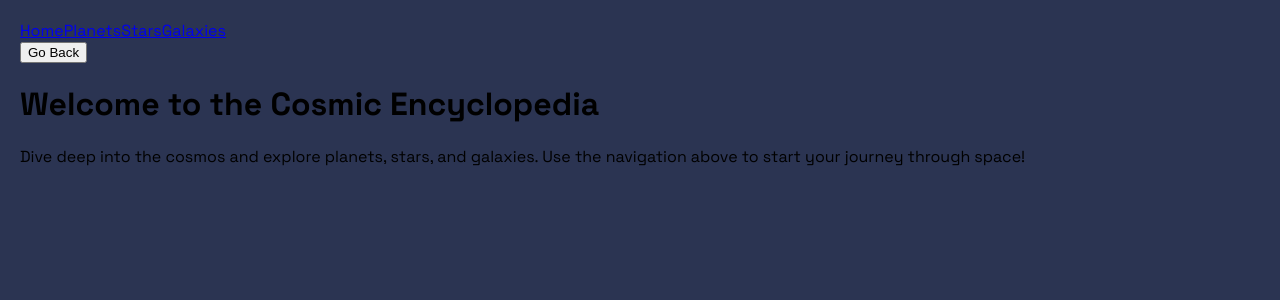
Repository: rmdayberry/Cosmic-Encyclopedia
Page: /
An editor plug-in stored every save of this project. The page is shown before and after the next save, followed by the edit.
The browser window is 1280 px wide. The pictures show the whole page.
The project was rebuilt for these pictures with package versions that can differ from the ones it lists, and the page was loaded fresh each time. Also part of the build but not shown: vite.config.js, src/data/celestialData.js, src/pages/ContentPage.jsx.

Above is the page before, as saved 2024-08-31 10:20:03.

### index.html
<!DOCTYPE html>
<html lang="en">
  <head>
    <meta charset="UTF-8" />
    <meta name="viewport" content="width=device-width, initial-scale=1.0" />
    <title>Cosmic Encyclopedia</title>
  </head>
  <body>
    <div id="root"></div>
    <script type="module" src="/src/main.jsx"></script>
  </body>
</html>

### src/App.jsx
import { BrowserRouter as Router, Routes, Route } from "react-router-dom";
import NavBar from "./NavBar";
import NavigateBackButton from "./NavigateBackButton";

//pages
import Homepage from "./pages/Homepage";
import ContentPage from "./pages/ContentPage";

function App() {
  return (
    <Router>
      <NavBar />
      <NavigateBackButton />
      <Routes>
        <Route path="/" element={<Homepage />} />
        <Route path="/:id" element={<ContentPage />} />
      </Routes>
    </Router>
  );
}

export default App;

### src/index.css
@import url("https://fonts.googleapis.com/css2?family=Space+Grotesk:wght@300..700&display=swap");

body {
  margin: 0;
  padding: 20px;
  font-family: "Space Grotesk";
  background-color: #2b3452;
}

### src/NavBar.js
import { Link } from "react-router-dom";

export default function NavBar() {
  return (
    <nav>
      <Link to="/">Home</Link>
      <Link to="/planets">Planets</Link>
      <Link to="/stars">Stars</Link>
      <Link to="/galaxies">Galaxies</Link>
    </nav>
  );
}

### src/NavigateBackButton.jsx
import { useNavigate } from "react-router-dom";

const NavigateBackButton = () => {
  const navigate = useNavigate();

  return <button onClick={() => navigate(-1)}>Go Back</button>;
};

export default NavigateBackButton;

### src/pages/Homepage.js
const Homepage = () => {
  return (
    <div>
      <h1>Welcome to the Cosmic Encyclopedia </h1>
      <p>
        Dive deep into the cosmos and explore planets, stars, and galaxies. Use
        the navigation above to start your journey through space!
      </p>
    </div>
  );
};

export default Homepage;

Loaded but not shown: src/main.jsx (common file)

After the next save:
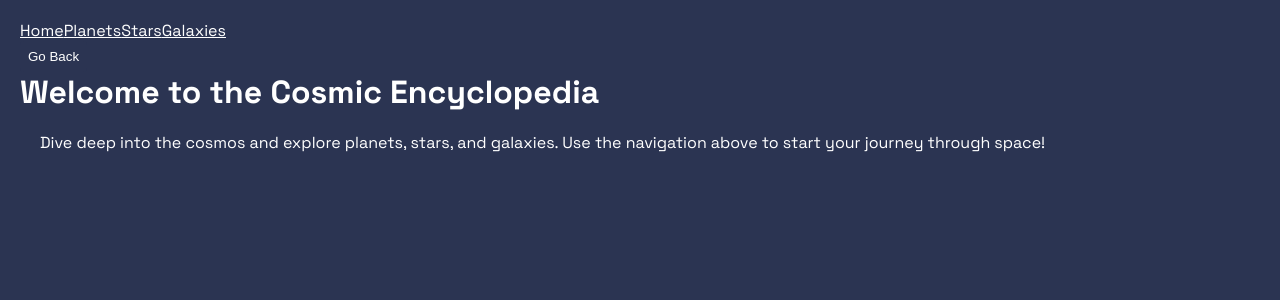
Saved 2 min 26 s later.
--- a/src/index.css
+++ b/src/index.css
@@ -1,8 +1,28 @@
 @import url("https://fonts.googleapis.com/css2?family=Space+Grotesk:wght@300..700&display=swap");
+
+:root {
+  --primary: #2b3452;
+}
 
 body {
   margin: 0;
   padding: 20px;
   font-family: "Space Grotesk";
-  background-color: #2b3452;
+  background-color: var(--primary);
 }
+* {
+  color: #fff;
+  margin: 0;
+}
+
+p {
+  margin: 20px;
+}
+
+button {
+  border: 0;
+  padding: 8px;
+  border-radius: 4px;
+  color: white;
+  background: var(--primary);
+}
